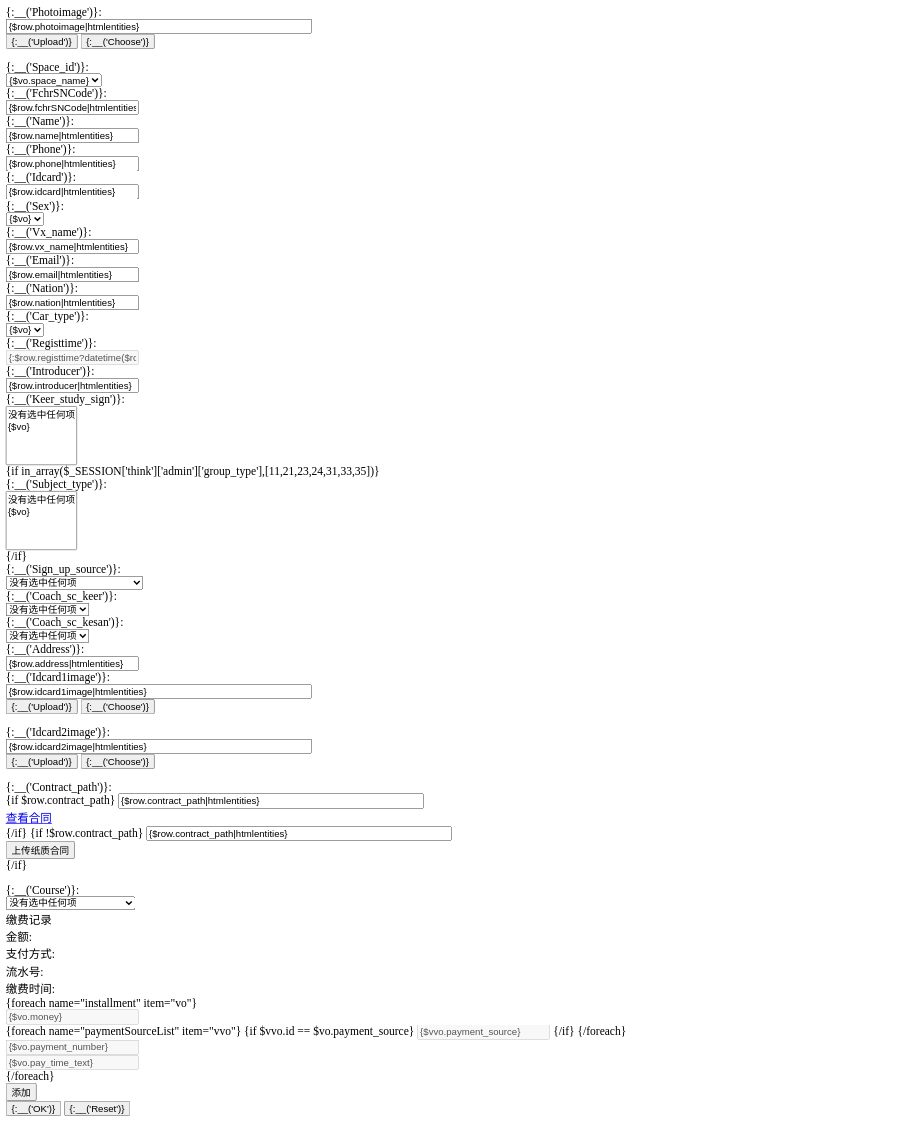
Repository: Akarin-Akari/xiaomaguantest
Page: application/admin/view/studentconfig/student/edit.html
An editor plug-in stored every save of this project. The page is shown before and after the next save, followed by the edit.
The browser window is 1280 px wide. The pictures show the whole page, at 72% of full size.

Above is the page before, as saved 2024-01-23 16:37:49.
Console error: ReferenceError: $length is not defined

After the next save:
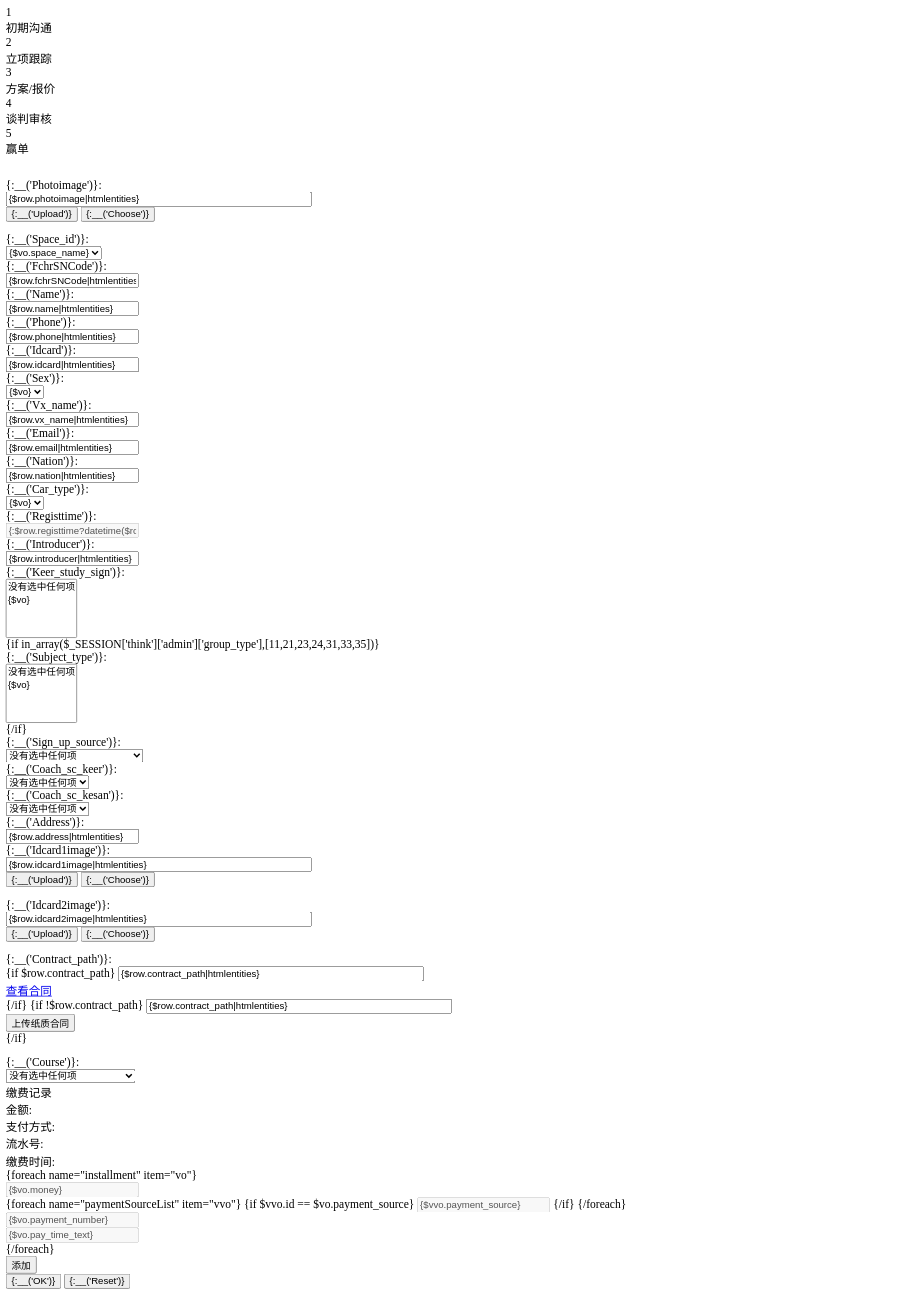
Saved 2 h 7 min later.
--- a/application/admin/view/studentconfig/student/edit.html
+++ b/application/admin/view/studentconfig/student/edit.html
@@ -1,4 +1,64 @@
 <form id="edit-form" class="form-horizontal" role="form" data-toggle="validator" method="POST" action="">
+
+    <div class="div-flex" style="margin-bottom:30px;">
+        <!-- 步骤进度条 -->
+        <div class="steps">
+            <!-- 第一部分 -->
+            <div class="step">
+                <div class="step-progress left  done ">
+                    <div class="step-line"></div>
+                    <span class="step-num">1</span>
+                </div>
+                <div class="step-text">
+                    <span>初期沟通</span>
+                </div>
+            </div>
+            <!-- 第二部分 -->
+            <div class="step">
+                <div class="step-progress  done ">
+                    <div class="step-line"></div>
+                    <span class="step-num">2</span>
+                </div>
+                <div class="step-text">
+                    <span>立项跟踪</span>
+                </div>
+            </div>
+            <!-- 第三部分 -->
+            <div class="step">
+                <div class="step-progress  done ">
+                    <div class="step-line"></div>
+                    <span class="step-num">3</span>
+                </div>
+                <div class="step-text">
+                    <span>方案/报价</span>
+                </div>
+            </div>
+            <!-- 第四部分 -->
+            <div class="step">
+                <div class="step-progress  done ">
+                    <div class="step-line"></div>
+                    <span class="step-num">4</span>
+                </div>
+                <div class="step-text">
+                    <span>谈判审核</span>
+                </div>
+            </div>
+
+            <div class="step">
+                <div class="step-progress right  done ">
+                    <div class="step-line"></div>
+                    <span class="step-num">5</span>
+                </div>
+                <div class="step-text">
+                    <span> 赢单 </span>
+                </div>
+            </div>
+
+
+        </div>
+
+    </div>
+
     <div class="form-group">
         <label class="control-label col-xs-12 col-sm-2">{:__('Photoimage')}:</label>
         <div class="col-xs-12 col-sm-8">
